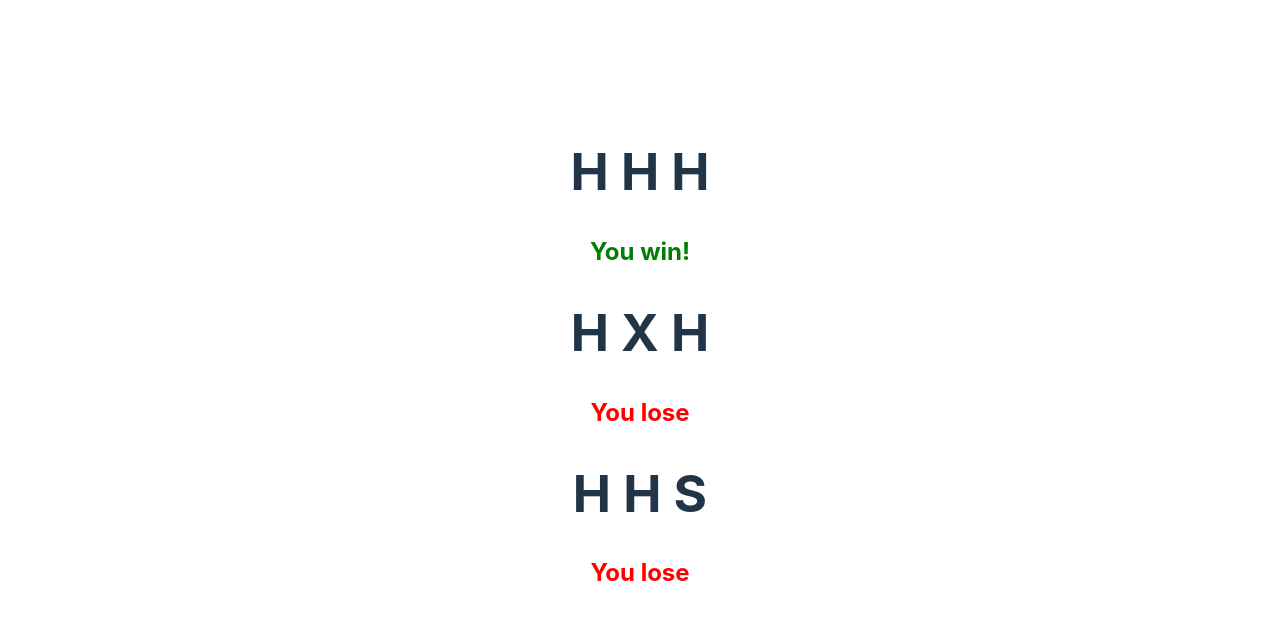
Repository: SmooothCriminal001/ReactLearning
Page: / (app in slot-machine-exercise/)
An editor plug-in stored every save of this project. The page is shown before and after the next save, followed by the edit.
The browser window is 1280 px wide. The pictures show the whole page.
The project was rebuilt for these pictures with package versions that can differ from the ones it lists, and the page was loaded fresh each time. Also part of the build but not shown: slot-machine-exercise/vite.config.js.

Above is the page before, as saved 2024-07-25 14:18:48.

### slot-machine-exercise/src/App.jsx
import './App.css'
import Slots from './Slots'

export default function App() {
  return (
    <div className="App">
      <Slots firstPull="H" secondPull="H" thirdPull="H"/>
      <Slots firstPull="H" secondPull="X" thirdPull="H"/>
      <Slots firstPull="H" secondPull="H" thirdPull="S"/>
    </div>
  );
}

### slot-machine-exercise/src/Slots.jsx
import "./Slots.css"

export default function Slots({ firstPull, secondPull, thirdPull}){
    const hasWon = (firstPull === secondPull) && (secondPull == thirdPull)
    const announceStyle = { color: (hasWon ? "green" : "red")}

    return <>
        <h1>{firstPull} {secondPull} {thirdPull}</h1>
        <h2 style={announceStyle}>{hasWon ? "You win!" : "You lose"}</h2>
    </>
}

Loaded but not shown: slot-machine-exercise/index.html (common file); slot-machine-exercise/src/main.jsx (common file); slot-machine-exercise/src/index.css (common file); slot-machine-exercise/src/App.css (common file); slot-machine-exercise/src/Slots.css (no stored copy; drawn as an empty file)

After the next save:
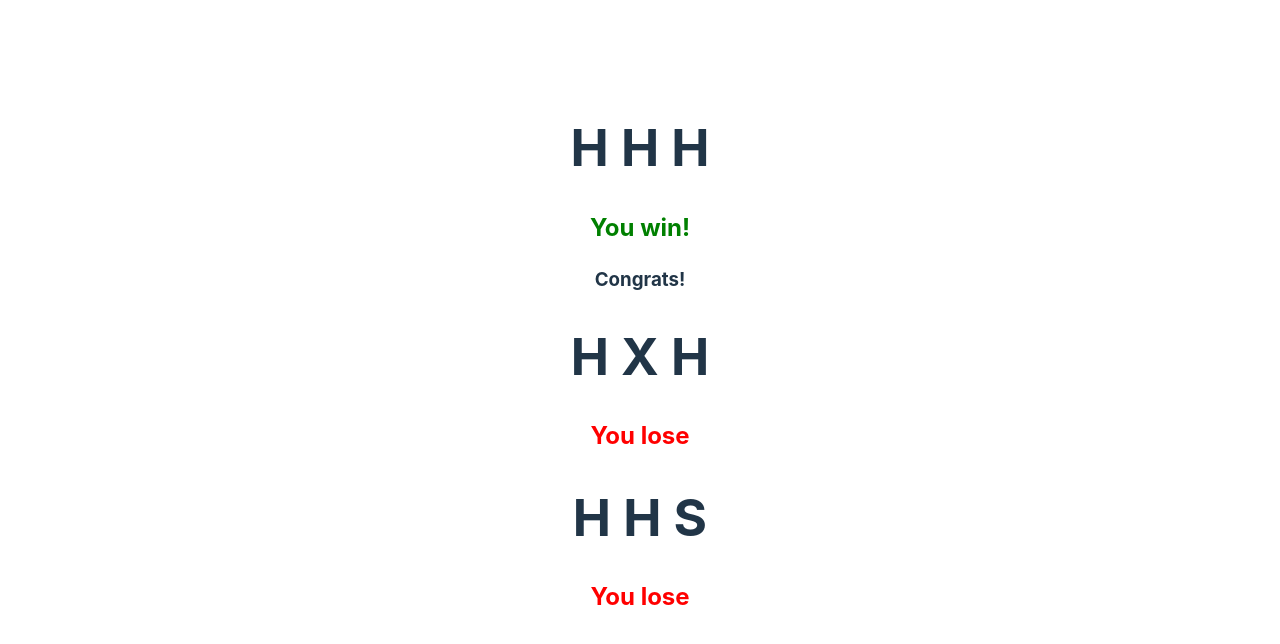
Saved 43 s later.
--- a/slot-machine-exercise/src/Slots.jsx
+++ b/slot-machine-exercise/src/Slots.jsx
@@ -7,5 +7,6 @@ export default function Slots({ firstPull, secondPull, thirdPull}){
     return <>
         <h1>{firstPull} {secondPull} {thirdPull}</h1>
         <h2 style={announceStyle}>{hasWon ? "You win!" : "You lose"}</h2>
+        {hasWon && <h3>Congrats!</h3>}
     </>
 }
